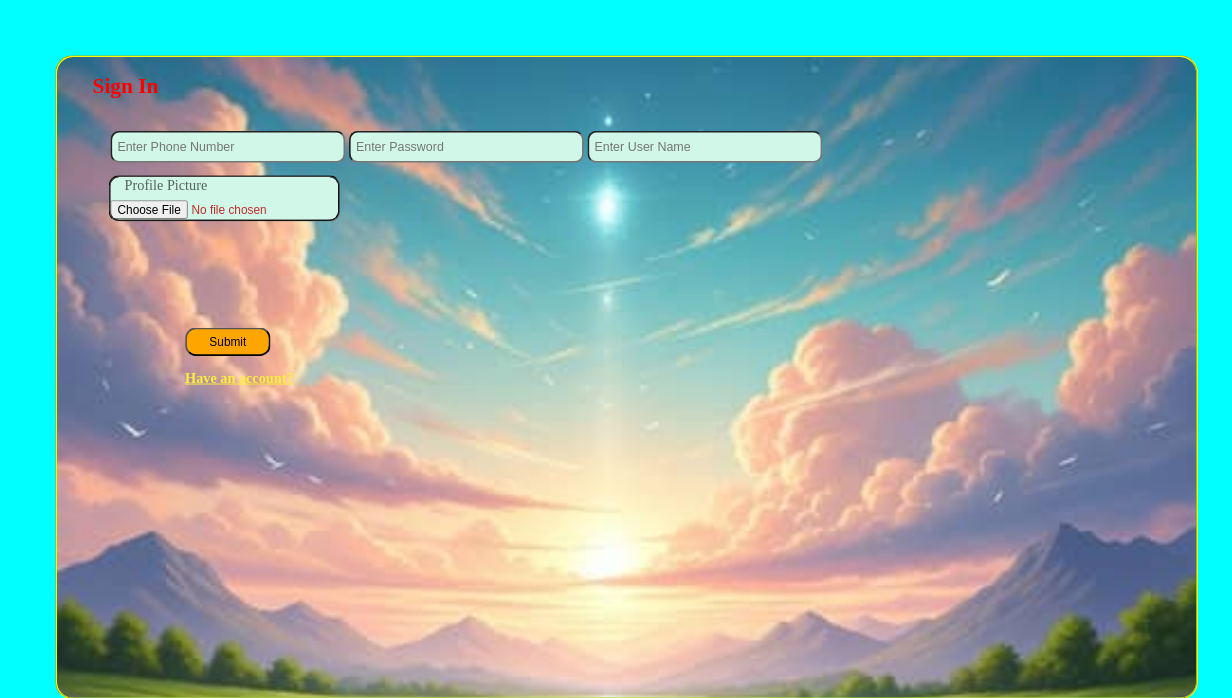
Repository: Amani-Kibet/express-app-web
Page: pages/signup/signIn.html
An editor plug-in stored every save of this project. The page is shown before and after the next save, followed by the edit.
The browser window is 1280 px wide. The page is 1384 px wide, so the pictures cover 1384 px, including what lies to the right of the window. The pictures show the whole page, at 89% of full size.

Above is the page before, as saved 2025-09-28 15:17:23.

### pages/signup/signIn.html
<!DOCTYPE html>
<head>
  <title> Login Page</title>
  <style>
  #board{
    background: url(/pictures/p1.png);
    background-size: cover;
    width: 100vw;
    height: 100vh;
    border-radius: 18px;
    outline: 2px groove yellow;
    position: absolute;
    top: 4rem;
    left: 4rem;
  }
  h2{
    color: red;
    position: relative;
    left: 40px
  }
  .inputs{
    width: 16rem;
    height: 30px;
    position: relative;
    left: 60px;
    margin-top: 1rem;
    border-radius: 10px;
    color: blue;
    font-size: 14px;
    background-color: rgb(209, 247, 233);
  }
  #picC{
    width: 16rem;
    height: 48px;
    position: relative;
    left: 60px;
    margin-top: 1rem;
    border-radius: 10px;
    background-color: rgb(209, 247, 233);
    font-size: 16px;
    outline: 2px groove black;
    color: rgb(194, 43, 43);
  }
  #picI{
    margin-top: 8px;
    width: 12rem
  }
  #picT{
    opacity: 0.6;
    font-style: normal;
    position: relative;
    left: 1rem;
    color: black;
  }
  #submit{
    background: orange;
    position: absolute;
    width: 6rem;
    height: 2rem;
    top: 19rem;
    left: 9rem;
    border-radius: 12px;
  }
  #msg{
    background: lightblue;
    width: 14rem;
    height: 14rem;
    border-radius: 10px;
    position: absolute;
    bottom: 8rem;
    left: 5rem;
    outline: 2px groove yellow;
    display: none;
  }
  .prog{
    width: 3rem;
    height: 3rem;
    border-radius: 40px;
    position: absolute;
    top: 2rem;
    left: 4.5rem;
    outline: 10px groove yellow;
    font-size: 40px;
  }
  #prog2{
      transform: rotateY(90deg)
  }
  #progC{
    transform-style: preserve-3d;
    animation: spin 4s ease-in-out infinite;
  }
  #msgT{
    position: relative;
    top: 6rem;
    left: 1rem;
    color: blue;
    font-weight: 500;
    font-size: large;
    width: 12rem;
    height: 50px;
  }
  #loginT{
    position: relative;
    top: 6rem;
    left: 1rem;
    color: rgb(255, 60, 0);
    font-weight: 500;
    font-size: large;
    width: 12rem;
    height: 50px;
  }
  .links{
    position: absolute;
    font-weight: 800;
  }
  #link1{
    top: 22rem;
    left: 9rem;
    color:rgb(253, 240, 61)
  }
  @keyframes spin{
    0%{transform: rotateY(0deg) rotateX(0deg) translateX(0px)}
    50%{transform: rotateY(360deg) rotateX(60deg) translateX(50px)}
    100%{transform: rotateY(0deg) rotateX(0deg) translateX(0px)}
  }
  </style>
</head>
<body bgColor="cyan">
  <div id="board">
    <h2>Sign In</h2>
    <input type="number" class="inputs" id="phoneI" placeholder=" Enter Phone Number">
    <input type="password" class="inputs" id="passI" placeholder=" Enter Password">
    <input type="text" class="inputs" id="nameI" placeholder=" Enter User Name">
    <div id="picC">
      <i id="picT">Profile Picture</i>
    <input id="picI" type="file" name="image">
    </div>
  <button id="submit" onclick="f1()">Submit</button>
  <a class="links" id="link1" href="/pages/signup/logIn.html">Have an account?</a>
    <div id="msg">
      <div id="progC">
        <div id="prog1" class="prog">🔴</div>
      <div id="prog2" class="prog">🟢</div>
      </div>
      <p id="loginT">Please wait...</p>
      <h3 id="msgT">No text returned</h3>
    </div>
  </div>
</body>
<script>
  let bt1= document.getElementById("submit")
  let msgT= document.getElementById("msgT")
  let msg= document.getElementById("msg")

function f1(){
  let phoneI= document.getElementById("phoneI").value;
  let passI= document.getElementById("passI").value;
  let nameI= document.getElementById("nameI").value;
  let picI= document.getElementById("picI").files[0];

  let folder= new FormData()
  folder.append("image", picI)
  folder.append("json", JSON.stringify({phone: `${phoneI}`, pass: `${passI}`, name: `${nameI}`}))


  fetch("/path1", {
    method: "POST",
    body: folder
  })
  .then(type=> type.text())
  .then(data=> {
  msg.style.display="block";
  msgT.innerHTML=`${phoneI} ${data}`
  setTimeout(()=>{
  msg.style.display="none";
  window.location.href="/pages/signup/login.html"
}, 8000);
})

  fetch("/path2", {
    method: "POST",
    body: env
  });

}
</script>
</html>

After the next save:
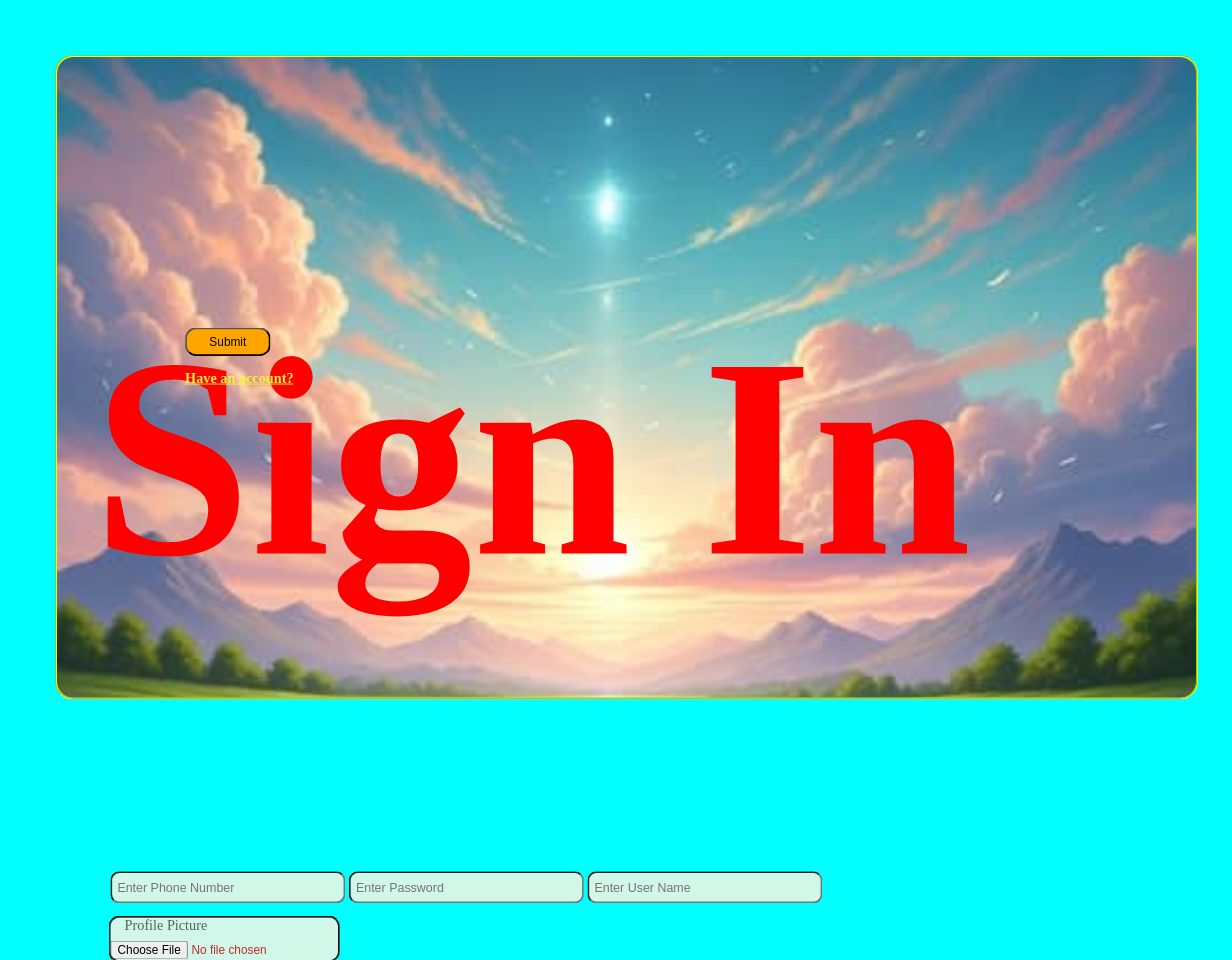
Saved 29 s later.
--- a/pages/signup/signIn.html
+++ b/pages/signup/signIn.html
@@ -16,7 +16,8 @@
   h2{
     color: red;
     position: relative;
-    left: 40px
+    left: 40px;
+    font-size: 20rem
   }
   .inputs{
     width: 16rem;
